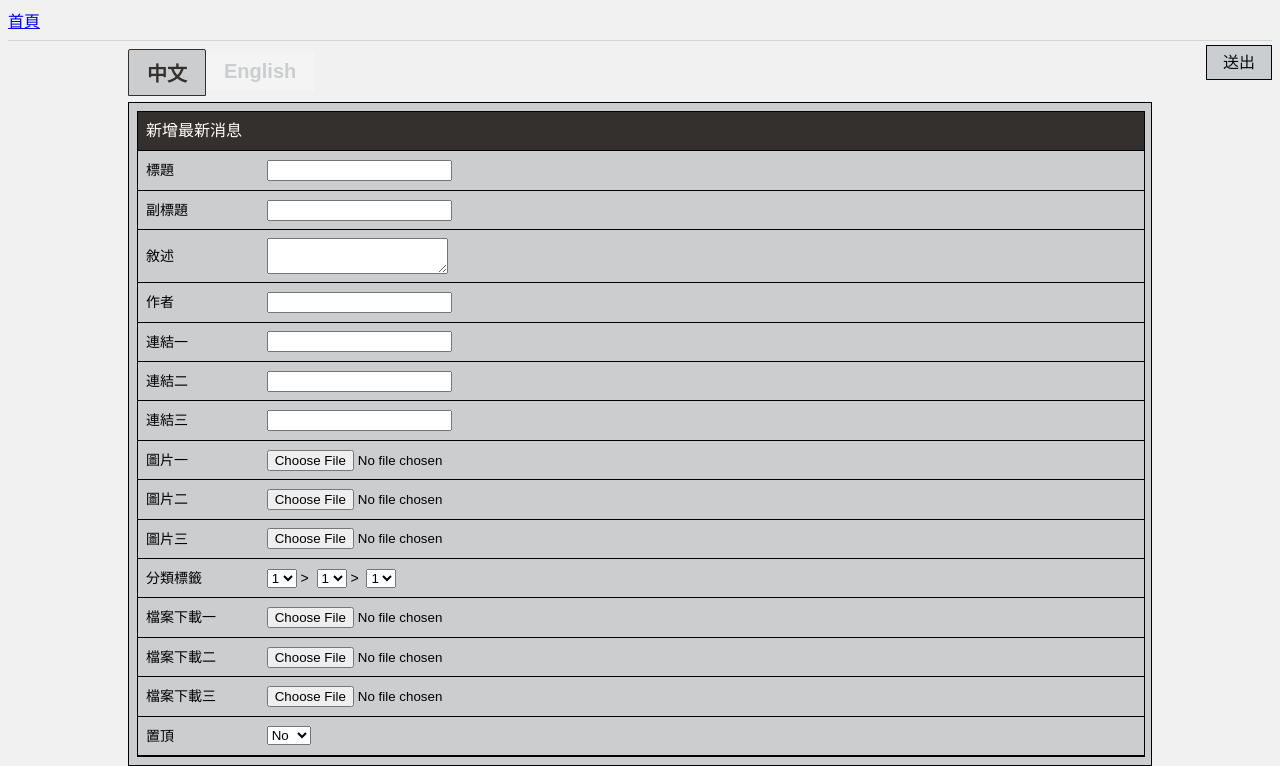
Repository: Naokiyuy/DigitalHum
Page: http://localhost/digital/backend/hotnews/hotnews-add.jsp
The author's editor kept a copy of each file at every save. The page is drawn from the files as they stood at one save, then again after the next save.
The browser window is 1280 px wide. The pictures show the whole page.
Some web libraries are served in a nearby version. The page is served by Tomcat 9. Other server files are loaded and not shown.

Above is the page before, as saved 2015-03-11 18:55:30.

### digital/src/main/webapp/backend/hotnews/hotnews-add.jsp
<%@ page language="java" contentType="text/html; charset=UTF-8"
    pageEncoding="UTF-8"%>
<!DOCTYPE html PUBLIC "-//W3C//DTD HTML 4.01 Transitional//EN" "http://www.w3.org/TR/html4/loose.dtd">
<html>
<head>
<meta http-equiv="Content-Type" content="text/html; charset=UTF-8">
<title>[後台]最新消息-新增</title>
<link rel="stylesheet" type="text/css" href="/backend/css/hotnews/add.css" />
</head>
<body>
<jsp:include page="/backend/header/header.jsp"></jsp:include>
<hr />
<form action="">
<ul class="tabs">
	<li>
		<input type="radio" checked name="tabs" id="tab1">
        <label for="tab1">中文</label>
        <div id="tab-content1" class="tab-content animated fadeIn">
        	<div id="hotnews-add-table">
				<div class="hotnews-add-tr">
					<div class="hotnews-add-td"><span>新增最新消息</span></div>
					<div class="hotnews-add-td"></div>
				</div>
				<div class="hotnews-add-tr">
					<div class="hotnews-add-td">標題</div>
					<div class="hotnews-add-td"><input type="text" id="title_cht" name="title_cht"/></div>
				</div>
				<div class="hotnews-add-tr">
					<div class="hotnews-add-td">副標題</div>
					<div class="hotnews-add-td"><input type="text" id="subtitle_cht" name="subtitle_cht"/></div>
				</div>
				<div class="hotnews-add-tr">
					<div class="hotnews-add-td">敘述</div>
					<div class="hotnews-add-td"><textarea id="description_cht" name="description_cht"/></textarea></div>
				</div>
				<div class="hotnews-add-tr">
					<div class="hotnews-add-td">作者</div>
					<div class="hotnews-add-td"><input type="text" id="author_cht" name="author_cht"/></div>
				</div>
				<div class="hotnews-add-tr">
					<div class="hotnews-add-td">連結一</div>
					<div class="hotnews-add-td"><input type="text" id="link_1_cht" name="link_1_cht"/></div>
				</div>
				<div class="hotnews-add-tr">
					<div class="hotnews-add-td">連結二</div>
					<div class="hotnews-add-td"><input type="text" id="link_2_cht" name="link_2_cht"/></div>
				</div>
				<div class="hotnews-add-tr">
					<div class="hotnews-add-td">連結三</div>
					<div class="hotnews-add-td"><input type="text" id="link_3_cht" name="link_3_cht"/></div>
				</div>
				<div class="hotnews-add-tr">
					<div class="hotnews-add-td">圖片一</div>
					<div class="hotnews-add-td"><input type="file" id="image_1_cht" name="image_1_cht" /></div>
				</div>
				<div class="hotnews-add-tr">
					<div class="hotnews-add-td">圖片二</div>
					<div class="hotnews-add-td"><input type="file" id="image_2_cht" name="image_2_cht" /></div>
				</div>
				<div class="hotnews-add-tr">
					<div class="hotnews-add-td">圖片三</div>
					<div class="hotnews-add-td"><input type="file" id="image_3_cht" name="image_3_cht" /></div>
				</div>
				<div class="hotnews-add-tr">
					<div class="hotnews-add-td">分類標籤</div>
					<div class="hotnews-add-td">
						<select id="breadcrumb_1" name="breadcrumb_1_cht">
							<option>1</option>
							<option>2</option>
							<option>3</option>
						</select>&nbsp;>&nbsp;
						<select id="breadcrumb_2" name="breadcrumb_2_cht">
							<option>1</option>
							<option>2</option>
							<option>3</option>
						</select>&nbsp;>&nbsp;
						<select id="breadcrumb_3" name="breadcrumb_3_cht">
							<option>1</option>
							<option>2</option>
							<option>3</option>
						</select>
					</div>
				</div>
				<div class="hotnews-add-tr">
					<div class="hotnews-add-td">檔案下載一</div>
					<div class="hotnews-add-td"><input type="file" id="file_1_cht" name="file_1_cht" /></div>
				</div>
				<div class="hotnews-add-tr">
					<div class="hotnews-add-td">檔案下載二</div>
					<div class="hotnews-add-td"><input type="file" id="file_2_cht" name="file_2_cht" /></div>
				</div>
				<div class="hotnews-add-tr">
					<div class="hotnews-add-td">檔案下載三</div>
					<div class="hotnews-add-td"><input type="file" id="file_3_cht" name="file_3_cht" /></div>
				</div>
				<div class="hotnews-add-tr">
					<div class="hotnews-add-td">置頂</div>
					<div class="hotnews-add-td">
						<select id="top_cht" name="top_cht">
							<option value="0">No</option>
							<option value="1">Yes</option>
						</select>
					</div>
				</div>
			</div>
        </div>
	</li>
	<li>
		<input type="radio" name="tabs" id="tab2">
        <label for="tab2">English</label>
        <div id="tab-content2" class="tab-content animated fadeIn">
        	<div id="hotnews-add-table">
				<div class="hotnews-add-tr">
					<div class="hotnews-add-td"><span>New HotNews</span></div>
					<div class="hotnews-add-td"></div>
				</div>
				<div class="hotnews-add-tr">
					<div class="hotnews-add-td">Title</div>
					<div class="hotnews-add-td"><input type="text" id="title_enu" name="title_enu"/></div>
				</div>
				<div class="hotnews-add-tr">
					<div class="hotnews-add-td">Subtitle</div>
					<div class="hotnews-add-td"><input type="text" id="subtitle_enu" name="subtitle_enu"/></div>
				</div>
				<div class="hotnews-add-tr">
					<div class="hotnews-add-td">Author</div>
					<div class="hotnews-add-td"><input type="text" id="author_enu" name="author_enu"/></div>
				</div>
				<div class="hotnews-add-tr">
					<div class="hotnews-add-td">LinkA</div>
					<div class="hotnews-add-td"><input type="text" id="link_1_enu" name="link_1_enu"/></div>
				</div>
				<div class="hotnews-add-tr">
					<div class="hotnews-add-td">LinkB</div>
					<div class="hotnews-add-td"><input type="text" id="link_2_enu" name="link_2_enu"/></div>
				</div>
				<div class="hotnews-add-tr">
					<div class="hotnews-add-td">LinkC</div>
					<div class="hotnews-add-td"><input type="text" id="link_3_enu" name="link_3_enu"/></div>
				</div>
				<div class="hotnews-add-tr">
					<div class="hotnews-add-td">ImageA</div>
					<div class="hotnews-add-td"><input type="file" id="image_1_enu" name="image_1_enu" /></div>
				</div>
				<div class="hotnews-add-tr">
					<div class="hotnews-add-td">ImageB</div>
					<div class="hotnews-add-td"><input type="file" id="image_2_enu" name="image_2_enu" /></div>
				</div>
				<div class="hotnews-add-tr">
					<div class="hotnews-add-td">ImageC</div>
					<div class="hotnews-add-td"><input type="file" id="image_3_enu" name="image_3_enu" /></div>
				</div>
				<div class="hotnews-add-tr">
					<div class="hotnews-add-td">Breadcrumb</div>
					<div class="hotnews-add-td">
						<select id="breadcrumb_1" name="breadcrumb_1_enu">
							<option>1</option>
							<option>2</option>
							<option>3</option>
						</select>&nbsp;>&nbsp;
						<select id="breadcrumb_2" name="breadcrumb_2_enu">
							<option>1</option>
							<option>2</option>
							<option>3</option>
						</select>&nbsp;>&nbsp;
						<select id="breadcrumb_3" name="breadcrumb_3_enu">
							<option>1</option>
							<option>2</option>
							<option>3</option>
						</select>
					</div>
				</div>
				<div class="hotnews-add-tr">
					<div class="hotnews-add-td">FileA</div>
					<div class="hotnews-add-td"><input type="file" id="file_1_enu" name="file_1_enu" /></div>
				</div>
				<div class="hotnews-add-tr">
					<div class="hotnews-add-td">FileB</div>
					<div class="hotnews-add-td"><input type="file" id="file_2_enu" name="file_2_enu" /></div>
				</div>
				<div class="hotnews-add-tr">
					<div class="hotnews-add-td">FileC</div>
					<div class="hotnews-add-td"><input type="file" id="file_3_enu" name="file_3_enu" /></div>
				</div>
				<div class="hotnews-add-tr">
					<div class="hotnews-add-td">Top</div>
					<div class="hotnews-add-td">
						<select id="top_enu" name="top_enu">
							<option value="0">No</option>
							<option value="1">Yes</option>
						</select>
					</div>
				</div>
			</div>
        </div>
	</li>
</ul>
<div class="action_btn">
	<a class="submit_btn" href="#">送出</a>
</div>
</form>
<jsp:include page="/backend/footer/footer.jsp"></jsp:include>
</body>
</html>

### digital/src/main/webapp/backend/header/header.jsp
<%@ page language="java" contentType="text/html; charset=UTF-8"
    pageEncoding="UTF-8"%>
<!DOCTYPE html PUBLIC "-//W3C//DTD HTML 4.01 Transitional//EN" "http://www.w3.org/TR/html4/loose.dtd">
<html>
<head>
<meta http-equiv="Content-Type" content="text/html; charset=UTF-8">
<title>Insert title here</title>
<script type="text/javascript" src="https://code.jquery.com/jquery-1.11.2.min.js"></script>
</head>
<body>
<div id="breadcrumb">
	<a href="/backend/index.do">首頁</a>
</div>
</body>
</html>

### digital/src/main/webapp/backend/footer/footer.jsp
<%@ page language="java" contentType="text/html; charset=UTF-8"
    pageEncoding="UTF-8"%>
<!DOCTYPE html PUBLIC "-//W3C//DTD HTML 4.01 Transitional//EN" "http://www.w3.org/TR/html4/loose.dtd">
<html>
<head>
<meta http-equiv="Content-Type" content="text/html; charset=UTF-8">
<title>Insert title here</title>
</head>
<body>
<%-- Menu bar --%>

<%-- breadcrumb --%>


</body>
</html>

### digital/src/main/webapp/backend/css/hotnews/add.css

hr{
	border:0; height:1px; background-color:#d4d4d4;
}
body{
	font-family: "Varela Round",sans-serif, Microsoft JhengHei;
	background-color:#f1f1f1;
}

#hotnews-add-table{
	display:table;
	width:100%;
	border:1px solid #000000;
	max-width:1024px;
	margin: 0 auto;
}

.hotnews-add-tr {
	display: table-row;
}

.hotnews-add-td {
	display: table-cell;
	vertical-align:middle;
	border:1px solid #000000;
	border-width:0px 0px 1px 0px;
	text-align:left;
	padding:8px;
	font-size:14px;
	font-weight:normal;
	color:#000000;
}

.hotnews-add-td:first-child{
	width:12%;
}

.hotnews-add-tr:first-child {
	background-color:#34302D;
}

.hotnews-add-tr:first-child span{
	color:#ffffff;
	font-size:16px;
	vertical-align:middle;
	text-align:center;
}

.action_btn{
	max-width:1024px;
	margin-top:auto;
	margin-right:auto;
	margin-bottom: 15px;
	margin-left:auto;
	float:right;
}

.submit_btn {
  font-family: Arial;
  color: #080808;
  font-size: 16px;
  background: #caced1;
  padding: 8px 16px 8px 16px;
  border: solid #00060a 1px;
  text-decoration: none;
}

.submit_btn:hover {
  background: #99a1a6;
  text-decoration: none;
}

.tabs input[type=radio] {
          position: absolute;
          top: -9999px;
          left: -9999px;
}
.tabs {
		max-width:1024px;
        float: none;
        list-style: none;
        position: relative;
        padding: 0;
        margin: 0px auto;
        min-height:100%;
}
      .tabs li{
        float: left;
      }
.tabs label {
          display: block;
          padding: 8px 18px;
          border-radius: 2px 2px 0 0;
          color: #CBCDCF;
          font-size: 20px;
          font-weight: bold;
          //font-family: 'Lily Script One', helveti;
          background: rgba(255,255,255,0.2);
          cursor: pointer;
          position: relative;
          top: 3px;
          -webkit-transition: all 0.2s ease-in-out;
          -moz-transition: all 0.2s ease-in-out;
          -o-transition: all 0.2s ease-in-out;
          transition: all 0.2s ease-in-out;
}
.tabs label:hover {
        background: rgba(255,255,255,0.5);
        top: 0;
        border: 1px solid;
}

[id^=tab]:checked + label {
        background: #CBCDCF;
        color: rgb(52, 48, 45);
        top: 0;
        border: 1px solid;
}

[id^=tab]:checked ~ [id^=tab-content] {
          display: block;
}
.tab-content{
        z-index: 2;
        display: none;
        text-align: left;
        width: 100%;
        font-size: 16px;
        line-height: 140%;
        padding-top: 10px;
        background: #CBCDCF;
        padding: 8px;
        color: white;
        position: absolute;
        top: 53px;
        border: 1px solid #000;
        left: 0;
        box-sizing: border-box;
        -webkit-animation-duration: 0.5s;
        -o-animation-duration: 0.5s;
        -moz-animation-duration: 0.5s;
        animation-duration: 0.5s;
}

.tabs:after {
   clear: both;
}

After the next save:
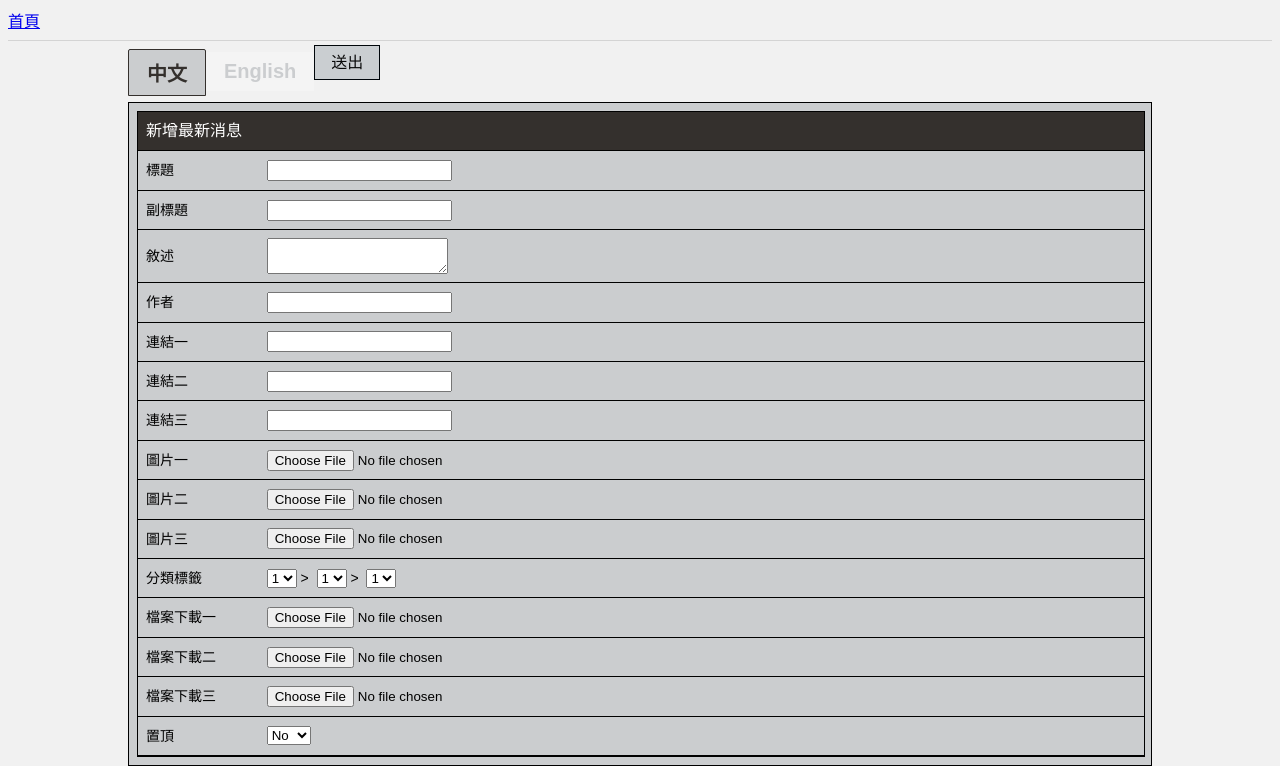
Saved 16 s later.
--- a/digital/src/main/webapp/backend/css/hotnews/add.css
+++ b/digital/src/main/webapp/backend/css/hotnews/add.css
@@ -52,7 +52,6 @@ body{
 	margin-right:auto;
 	margin-bottom: 15px;
 	margin-left:auto;
-	float:right;
 }
 
 .submit_btn {
